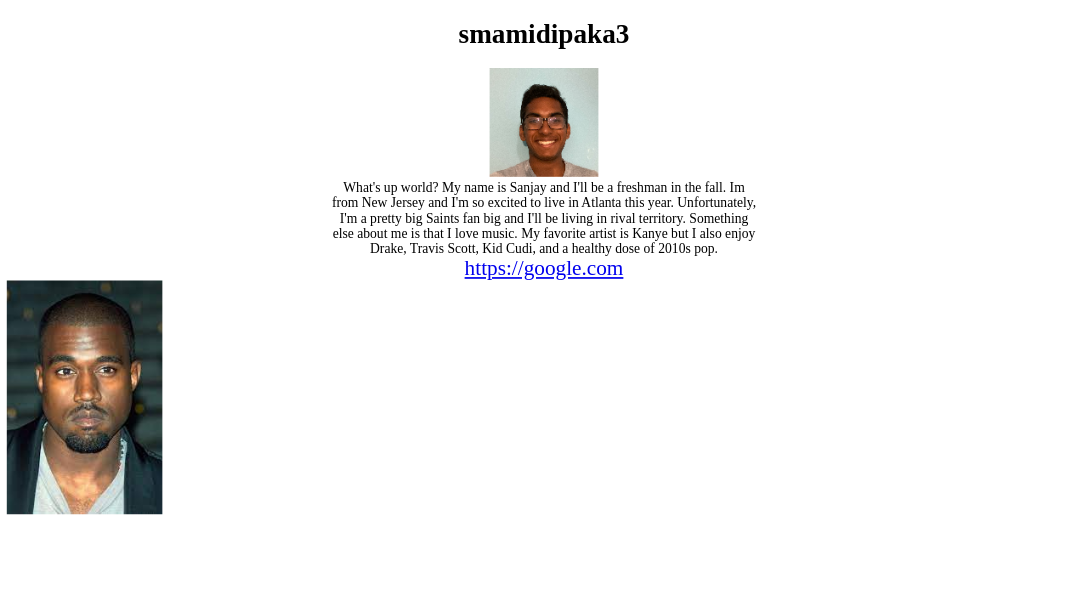
Repository: sanjayMamidipaka/cs1301
Page: lab01/index.html
The author's editor kept a copy of each file at every save. The page is drawn from the files as they stood at one save, then again after the next save.
The browser window is 1280 px wide. The pictures show the whole page, at 85% of full size.

Above is the page before, as saved 2021-07-22 16:21:45.

After the next save:
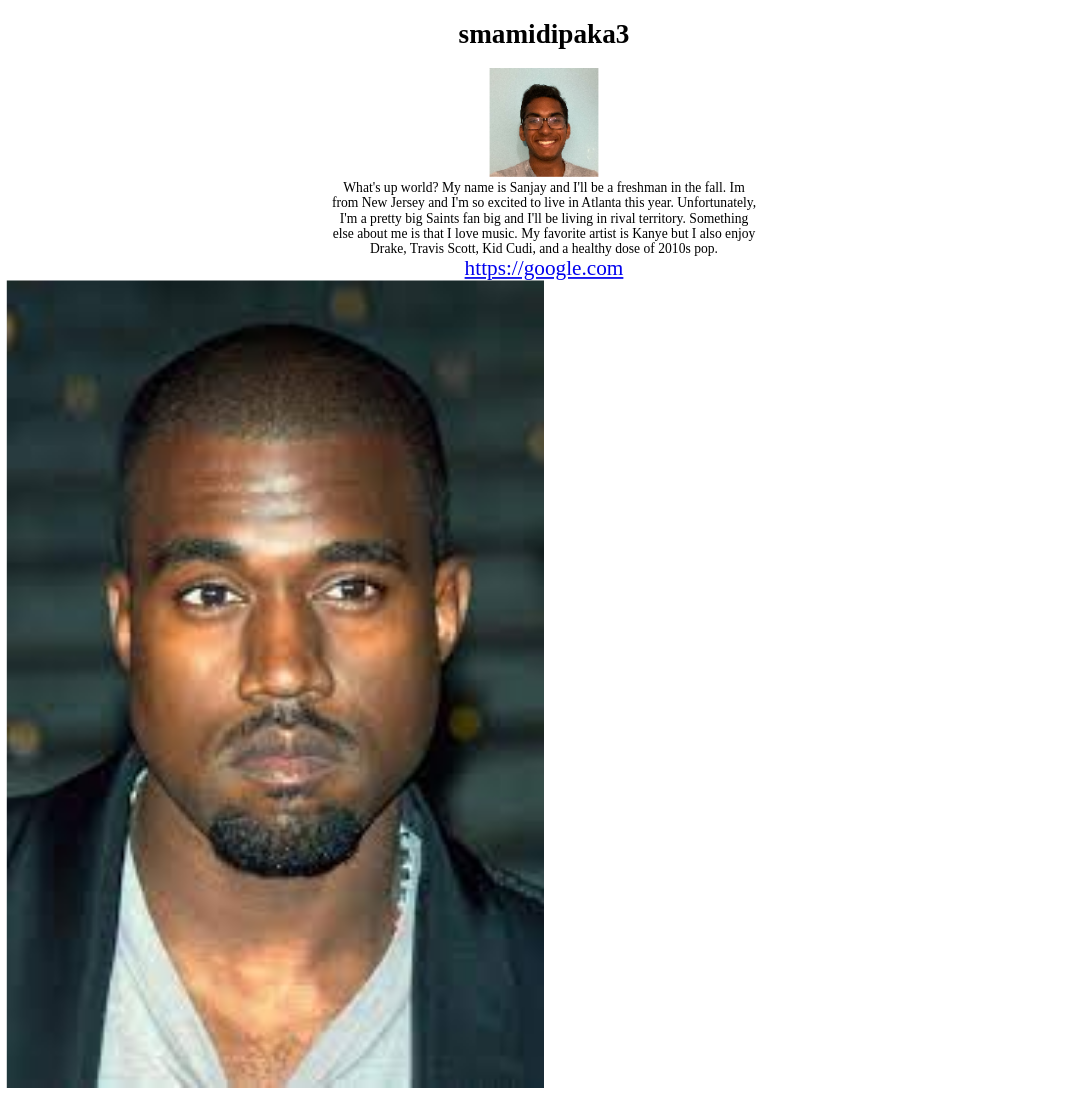
Saved 9 s later.
--- a/lab01/style.css
+++ b/lab01/style.css
@@ -15,4 +15,5 @@
 .kanye {
     margin-left: auto;
     margin-right: auto;
+    width: 50%
 }
